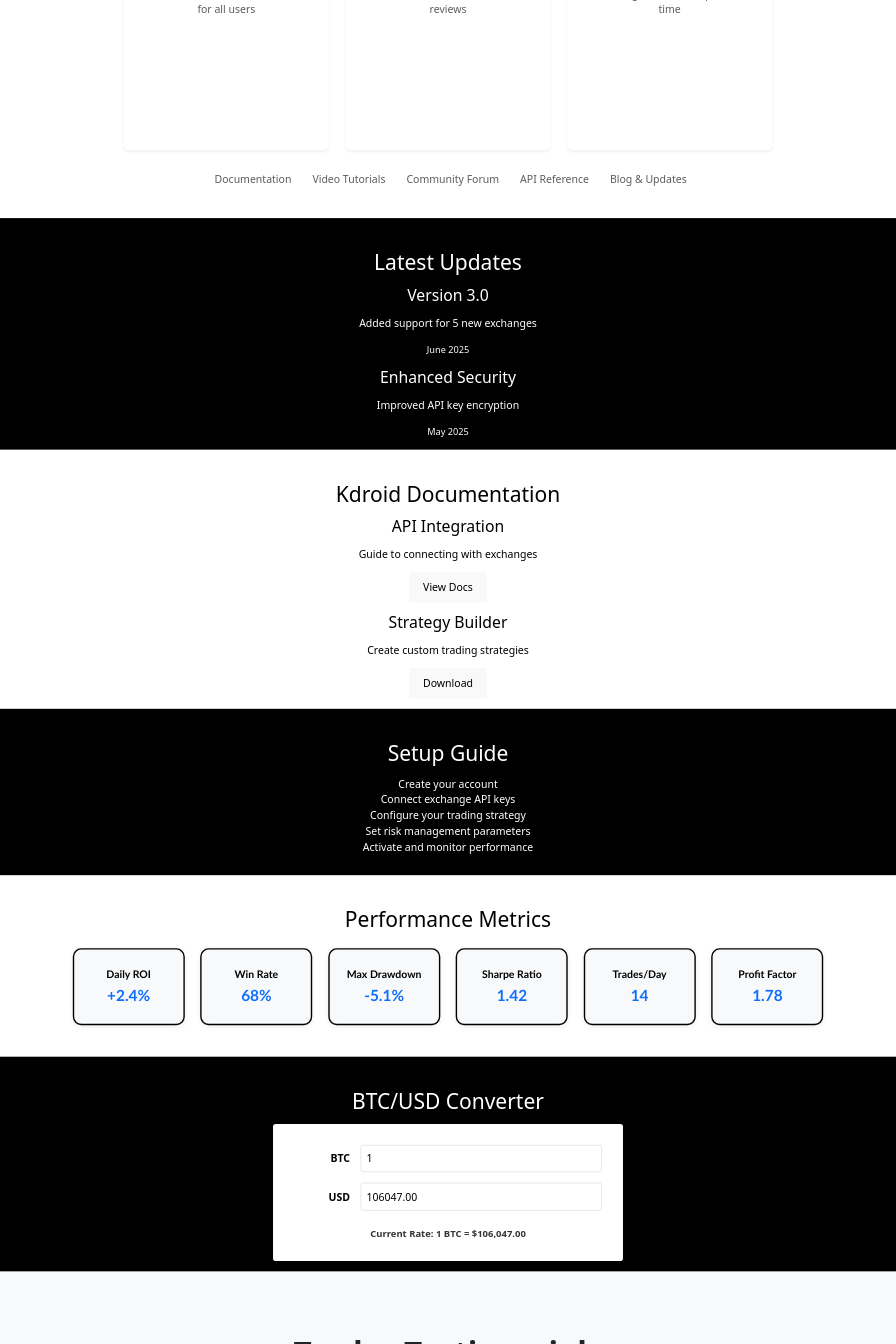
Repository: Kevin-Pro-Codes/halo-trading
Page: /
These files come from the project's save history. The page is drawn as it stood at one moment and after the next save; the edit follows.
The browser window is 1280 px wide. The pictures show the part of the page from y = 2372 to 4292 px (the page is 9950 px tall before and 10375 px after), at 70% of full size.
The page's requests for data from a server got no answer. The project was rebuilt for these pictures with package versions that can differ from the ones it lists, and the page was loaded fresh each time. Some packages were replaced by stand-ins written for this rebuild. No one was signed in, and anything a server would have sent is missing. Also part of the build but not shown: vite.config.js, src/styles/DocStyle.css, src/styles/PricingStyle.css.

Above is the page before, as saved 2025-12-09 15:17:46.

### src/index.css
:root {
  font-family: system-ui, Avenir, Helvetica, Arial, sans-serif;
  line-height: 1.5;
  font-weight: 400;

  color-scheme: light dark;
  color: rgba(255, 255, 255, 0.87);
  background-color: #242424;

  font-synthesis: none;
  text-rendering: optimizeLegibility;
  -webkit-font-smoothing: antialiased;
  -moz-osx-font-smoothing: grayscale;
}

a {
  font-weight: 500;
  color: #646cff;
  text-decoration: inherit;
}
a:hover {
  color: #535bf2;
}

body {
  margin: 0;
  padding: 0;
}

h1 {
  font-size: 3.2em;
  line-height: 1.1;
}

button {
  border-radius: 8px;
  border: 1px solid transparent;
  padding: 0.6em 1.2em;
  font-size: 1em;
  font-weight: 500;
  font-family: inherit;
  background-color: #1a1a1a;
  cursor: pointer;
  transition: border-color 0.25s;
}
button:hover {
  border-color: #646cff;
}
button:focus,
button:focus-visible {
  outline: 4px auto -webkit-focus-ring-color;
}

@media (prefers-color-scheme: light) {
  :root {
    color: #213547;
    background-color: #ffffff;
  }
  a:hover {
    color: #747bff;
  }
  button {
    background-color: #f9f9f9;
  }
}

### src/Navbar.jsx
import React from 'react';
import haloLogo from './assets/halo.png';



const Navbar = ({ showHamburger, menuOpen, setMenuOpen }) => {
  return (
    <nav className="navbar">
      <div className="nav-content">
        <div className="nav-brand">
          <img src={haloLogo} alt="Trading Bot Logo" className="logo-img" />
        </div>

        {showHamburger ? (
          <div className="hamburger-container">
            <button
              className={`hamburger-btn ${menuOpen ? 'active' : ''}`}
              onClick={() => setMenuOpen(!menuOpen)}
              aria-label="Menu"
            >
              <span></span>
              <span></span>
              <span></span>
            </button>
          </div>
        ) : (
          <div className="nav-links">
            <button className="nav-btn">Home</button>
            <button className="nav-btn">About</button>
            <button className="nav-btn">Products</button>
            <button className="nav-btn">Contact</button>
          </div>
        )}
      </div>

      {showHamburger && menuOpen && (
        <div className="mobile-menu">
          <button className="nav-btn">Home</button>
          <button className="nav-btn">About</button>
          <button className="nav-btn">Products</button>
          <button className="nav-btn">Contact</button>
        </div>
      )}
    </nav>
  );
};

export default Navbar;

### src/components/FaqSection.jsx
import React, { useState } from 'react';

const FaqSection = () => {
  const [activeAccordion, setActiveAccordion] = useState(null);

  const faqs = [
    {
      question: "How does the AI trading bot work?",
      answer: "Our bot uses machine learning algorithms to analyze market data in real-time. It connects to your exchange accounts via secure API keys and executes trades based on your configured strategies. The AI continuously learns from market patterns and adapts to changing conditions for optimal performance.",
      category: "general"
    },
    {
      question: "Which cryptocurrency exchanges are supported?",
      answer: "We support all major exchanges including Binance, Coinbase Pro, Kraken, KuCoin, FTX, Bybit, and Bitfinex. Our platform is compatible with any exchange that provides REST API access. We're constantly adding new exchange integrations based on user demand.",
      category: "technical"
    },
    {
      question: "Is there a free trial or demo version available?",
      answer: "Yes! We offer a 14-day free trial with full access to all features including paper trading (simulated trading with virtual funds). No credit card required to start. After the trial, you can choose from our flexible subscription plans starting at $29/month.",
      category: "pricing"
    },
    {
      question: "How secure is my exchange API access?",
      answer: "We implement bank-level security measures including end-to-end encryption, read-only API key permissions by default, and never store your API secrets on our servers. All keys are encrypted at rest and in transit. We recommend using API keys with withdrawal disabled for maximum security.",
      category: "security"
    },
    {
      question: "Can I run multiple trading strategies simultaneously?",
      answer: "Absolutely! You can run up to 20 different strategies concurrently on a single account. Each strategy can have its own configuration, risk parameters, and asset allocation. Our platform includes strategy backtesting and performance analytics to help you optimize your approach.",
      category: "technical"
    },
    {
      question: "What is the minimum capital required to start?",
      answer: "There's no minimum requirement to use our platform. You can start trading with any amount. However, we recommend starting with at least $100 to account for exchange fees and market fluctuations. Remember: never trade more than you can afford to lose.",
      category: "pricing"
    },
    {
      question: "Do you offer mobile app access?",
      answer: "Yes! We have native iOS and Android apps that provide full functionality including real-time monitoring, strategy adjustments, and performance analytics. You can also access our platform via any modern web browser on desktop or mobile.",
      category: "general"
    },
    {
      question: "How do you handle market volatility and flash crashes?",
      answer: "Our platform includes multiple safety features: stop-loss orders, trailing stops, take-profit targets, and circuit breakers. The AI is trained to recognize abnormal market conditions and can temporarily pause trading during extreme volatility to protect your capital.",
      category: "technical"
    }
  ];

  const categories = [
    { id: "all", name: "All Questions", icon: "bi-grid", variant: "primary" },
    { id: "general", name: "General", icon: "bi-question-circle", variant: "primary" },
    { id: "technical", name: "Technical", icon: "bi-gear", variant: "success" },
    { id: "pricing", name: "Pricing", icon: "bi-currency-dollar", variant: "warning" },
    { id: "security", name: "Security", icon: "bi-shield-check", variant: "info" }
  ];

  const [selectedCategory, setSelectedCategory] = useState("all");

  const filteredFaqs = selectedCategory === "all"
    ? faqs
    : faqs.filter(faq => faq.category === selectedCategory);

  return (
    <section className="py-5 bg-white">
      <div className="container">
        {/* Header */}
        <div className="row justify-content-center text-center mb-5">
          <div className="col-lg-8">
            <h2 className="display-5 fw-bold mb-3">
              Frequently Asked Questions
            </h2>
            <p className="lead text-muted mb-4">
              Get answers to common questions about our trading platform
            </p>
          </div>
        </div>

        {/* Category Filter */}
        <div className="row mb-4">
          <div className="col-12">
            <div className="d-flex flex-wrap justify-content-center gap-2 mb-4">
              {categories.map((category) => (
                <button
                  key={category.id}
                  onClick={() => setSelectedCategory(category.id)}
                  className={`btn btn-sm px-3 py-2 fw-bold ${selectedCategory === category.id ? `btn-${category.variant}` : `btn-outline-${category.variant}`}`}
                >
                  <i className={`bi ${category.icon} me-2`}></i>
                  {category.name}
                </button>
              ))}
            </div>
          </div>
        </div>

        {/* Search Bar */}
        <div className="row justify-content-center mb-5">
          <div className="col-md-8 col-lg-6">
            <div className="input-group shadow-sm">
              <span className="input-group-text bg-white border-end-0">
                <i className="bi bi-search text-muted"></i>
              </span>
              <input
                type="text"
                className="form-control border-start-0"
                placeholder="Search questions..."
              />
              <button className="btn btn-primary">
                Search
              </button>
            </div>
          </div>
        </div>

        {/* FAQ Accordion */}
        <div className="row justify-content-center">
          <div className="col-lg-10">
            <div className="accordion" id="faqAccordion">
              {filteredFaqs.map((faq, index) => (
                <div className="accordion-item border-0 shadow-sm mb-3" key={index}>
                  <h2 className="accordion-header">
                    <button
                      className={`accordion-button ${activeAccordion === index ? '' : 'collapsed'} fw-bold py-4`}
                      type="button"
                      onClick={() => setActiveAccordion(activeAccordion === index ? null : index)}
                      style={{
                        backgroundColor: activeAccordion === index ? 'rgba(13, 110, 253, 0.05)' : 'white'
                      }}
                    >
                      <div className="d-flex align-items-center w-100">
                        <i className="bi bi-question-circle-fill text-primary me-3"></i>
                        <span className="me-auto">{faq.question}</span>
                        <span className={`badge bg-${categories.find(c => c.id === faq.category)?.variant} bg-opacity-10 text-${categories.find(c => c.id === faq.category)?.variant} me-3`}>
                          {categories.find(c => c.id === faq.category)?.name}
                        </span>
                      </div>
                    </button>
                  </h2>
                  <div
                    className={`accordion-collapse collapse ${activeAccordion === index ? 'show' : ''}`}
                  >
                    <div className="accordion-body py-4">
                      <p className="text-muted mb-4">{faq.answer}</p>
                      <div className="d-flex justify-content-between align-items-center">
                        <div className="d-flex gap-2">
                          <span className="badge bg-light text-dark border">#AI</span>
                          <span className="badge bg-light text-dark border">#Trading</span>
                          <span className="badge bg-light text-dark border">#Platform</span>
                        </div>
                        <button className="btn btn-sm btn-outline-primary">
                          <i className="bi bi-hand-thumbs-up me-1"></i>
                          Helpful
                        </button>
                      </div>
                    </div>
                  </div>
                </div>
              ))}
            </div>
          </div>
        </div>

        {/* Stats */}
        <div className="row justify-content-center mt-5 mb-5">
          <div className="col-lg-10">
            <div className="row g-4">
              <div className="col-md-4 text-center">
                <div className="card border-0 shadow-sm h-100">
                  <div className="card-body p-4">
                    <div className="bg-primary bg-opacity-10 p-3 rounded-circle d-inline-block mb-3">
                      <i className="bi bi-headset text-primary fs-4"></i>
                    </div>
                    <h3 className="fw-bold mb-2">24/7 Support</h3>
                    <p className="text-muted mb-0">Round-the-clock assistance for all users</p>
                  </div>
                </div>
              </div>
              <div className="col-md-4 text-center">
                <div className="card border-0 shadow-sm h-100">
                  <div className="card-body p-4">
                    <div className="bg-success bg-opacity-10 p-3 rounded-circle d-inline-block mb-3">
                      <i className="bi bi-check-circle text-success fs-4"></i>
                    </div>
                    <h3 className="fw-bold mb-2">98% Satisfaction</h3>
                    <p className="text-muted mb-0">Based on user feedback and reviews</p>
                  </div>
                </div>
              </div>
              <div className="col-md-4 text-center">
                <div className="card border-0 shadow-sm h-100">
                  <div className="card-body p-4">
                    <div className="bg-warning bg-opacity-10 p-3 rounded-circle d-inline-block mb-3">
                      <i className="bi bi-lightning text-warning fs-4"></i>
                    </div>
                    <h3 className="fw-bold mb-2">2 Min Response</h3>
                    <p className="text-muted mb-0">Average live chat response time</p>
                  </div>
                </div>
              </div>
            </div>
          </div>
        </div>


        {/* Quick Links */}
        <div className="row justify-content-center mt-5">
          <div className="col-lg-10">
            <div className="d-flex flex-wrap justify-content-center gap-3 gap-md-4">
              <a href="#" className="text-decoration-none text-muted d-flex align-items-center">
                <i className="bi bi-file-text me-2"></i>
                <span>Documentation</span>
              </a>
              <a href="#" className="text-decoration-none text-muted d-flex align-items-center">
                <i className="bi bi-youtube me-2"></i>
                <span>Video Tutorials</span>
              </a>
              <a href="#" className="text-decoration-none text-muted d-flex align-items-center">
                <i className="bi bi-people me-2"></i>
                <span>Community Forum</span>
              </a>
              <a href="#" className="text-decoration-none text-muted d-flex align-items-center">
                <i className="bi bi-github me-2"></i>
                <span>API Reference</span>
              </a>
              <a href="#" className="text-decoration-none text-muted d-flex align-items-center">
                <i className="bi bi-file-earmark-text me-2"></i>
                <span>Blog & Updates</span>
              </a>
            </div>
          </div>
        </div>
      </div>
    </section>
  );
};

export default FaqSection;

### src/components/LatestSection.jsx
import React from 'react';
// import './LatestUpdates.css'; // Optional: import your styles

const LatestSection = () => {
  return (
    <section className="section-black">
      <div className="section-content">
        <h2>Latest Updates</h2>
        <div className="updates-grid">
          <div className="update-card">
            <h3>Version 3.0</h3>
            <p>Added support for 5 new exchanges</p>
            <small>June 2025</small>
          </div>
          <div className="update-card">
            <h3>Enhanced Security</h3>
            <p>Improved API key encryption</p>
            <small>May 2025</small>
          </div>
        </div>
      </div>
    </section>
  );
};

export default LatestSection;

### src/components/DocSection.jsx

import React from 'react';
// import './LatestUpdates.css'; // Optional: import your styles

const DocSection = () => {
  return (
      <section className="section-white">
          <div className="section-content">
            <h2>Kdroid Documentation</h2>
            <div className="doc-grid">
              <div className="doc-card">
                <h3>API Integration</h3>
                <p>Guide to connecting with exchanges</p>
                <button className="doc-btn">View Docs</button>
              </div>
              <div className="doc-card">
                <h3>Strategy Builder</h3>
                <p>Create custom trading strategies</p>
                <button className="doc-btn">Download</button>
              </div>
            </div>
          </div>
        </section>

  );
};

export default DocSection;

### src/components/SetupSection.jsx
import React from "react";

const SetupSection = () => {
  return (
    <section className="section-black">
      <div className="section-content">
        <h2>Setup Guide</h2>
        <ul className="setup-steps">
          <li>Create your account</li>
          <li>Connect exchange API keys</li>
          <li>Configure your trading strategy</li>
          <li>Set risk management parameters</li>
          <li>Activate and monitor performance</li>
        </ul>
      </div>
    </section>
  );
};

export default SetupSection;

### src/components/PerformanceSection.jsx
import React from "react";

const PerformanceSection = () => {
  const metrics = [
    { title: "Daily ROI", value: "+2.4%" },
    { title: "Win Rate", value: "68%" },
    { title: "Max Drawdown", value: "-5.1%" },
    { title: "Sharpe Ratio", value: "1.42" },
    { title: "Trades/Day", value: "14" },
    { title: "Profit Factor", value: "1.78" },
  ];

  return (
    <section className="section-white py-5">
      <div className="section-content text-center">
        <h2 className="mb-4">Performance Metrics</h2>

        {/* Center all boxes */}
        <div className="d-flex justify-content-center flex-wrap gap-4">
          {metrics.map((m) => (
            <div
              key={m.title}
              className="gallery-item d-flex flex-column justify-content-center"
              style={{
                width: "160px",
                height: "110px",
                background: "#f8f9fa",
                borderRadius: "12px",
                padding: "12px",
                boxShadow: "0 2px 8px rgba(0,0,0,0.08)",
              }}
            >
              <div className="fw-bold mb-1" style={{ fontSize: "15px" }}>
                {m.title}
              </div>
              <div className="text-primary" style={{ fontSize: "22px", fontWeight: 600 }}>
                {m.value}
              </div>
            </div>
          ))}
        </div>
      </div>
    </section>
  );
};

export default PerformanceSection;

### src/Footer.jsx
import React from "react";

const Footer = () => {
  return (
    <footer className="section-black">
      <div className="section-content">
        <div className="footer-grid">
          <div className="footer-col">
            <h3>Contact</h3>
            <p>Email: support@halo.com</p>
            <p>Phone: +55 11 9987-6543</p>
            <p>Address: 456 Finance Street, Crypto City</p>
          </div>
          <div className="footer-col">
            <h3>Legal</h3>
            <p><a href="#">Risk Disclosure</a></p>
            <p><a href="#">Terms of Service</a></p>
            <p><a href="#">Privacy Policy</a></p>
          </div>
          <div className="footer-col">
            <h3>Support</h3>
            <p><a href="#">Help Center</a></p>
            <p><a href="#">API Documentation</a></p>
            <p><a href="#">Community Forum</a></p>
            <p className="mt-3"><a href="#">MetaTrader 5</a></p>
          </div>
        </div>
        <div className="footer-bottom">
          <p>
            © 2025 Halo Algo Trading. All rights reserved. Disclaimer: Trading
            involves risk. Past performance is not indicative of future results.
          </p>
          <p className="disclaimer"></p>
        </div>
      </div>
    </footer>
  );
};

export default Footer;

### src/styles/ConverterStyle.css
/* Add to your existing CSS */
.converter-container {
  max-width: 500px;
  margin: 0 auto;
}

.converter-card {
  background-color: white;
  padding: 2rem;
  border-radius: var(--border-radius);
}

.converter-row {
  display: flex;
  align-items: center;
  margin-bottom: 1rem;
}

.converter-row label {
  width: 80px;
  text-align: right;
  margin-right: 1rem;
}

.converter-row input {
  flex: 1;
  padding: 0.5rem;
  border-radius: var(--border-radius);
  border: 1px solid #ddd;
  background-color: var(--bg-light);
  color: var(--text-dark);
}

.converter-card label,
.converter-card .rate-display {
  color: black; /* Replace with your desired color */
  font-weight: bold;
}

.rate-display {
  text-align: center;
  margin-top: 1.5rem;
  font-size: 0.9rem;
  opacity: 0.8;
}

/* Responsive adjustments */
@media (max-width: 600px) {
  .converter-row {
    flex-direction: column;
    align-items: flex-start;
  }

  .converter-row label {
    width: 100%;
    text-align: left;
    margin-bottom: 0.5rem;
  }
}

### src/styles/FooterStyle.css

/* Footer */
.footer-grid {
  display: grid;
  grid-template-columns: repeat(auto-fit, minmax(200px, 1fr));

}

.footer-col a {
  color: var(--text-light);
  text-decoration: none;

}

.footer-col a:hover {
  text-decoration: underline;

}

.footer-bottom {
  text-align: center;
  padding-top: 1rem;
  border-top: 1px solid rgba(255, 255, 255, 0.1);

}

.disclaimer {

  padding-bottom: 10px;
   margin-bottom: 0px !important;
}

Loaded but not shown: index.html (common file); src/main.jsx (common file); src/components/GallerySection.jsx (302 lines, source omitted); src/components/PricingSection.jsx (314 lines, source omitted); src/components/TestimonialSection.jsx (224 lines, source omitted); src/components/IntroSection.jsx (222 lines, source omitted); src/App.jsx (157 lines, source omitted); src/styles/NavbarStyle.css (126 lines, source omitted); src/components/ConverterSection.jsx (73 lines, source omitted); src/App.css (163 lines, source omitted); src/styles/GalleryStyle.css (62 lines, source omitted); src/styles/FaqStyle.css (no stored copy; drawn as an empty file); src/styles/IntroStyle.css (no stored copy; drawn as an empty file); src/styles/LatestStyle.css (no stored copy; drawn as an empty file); src/styles/PerformanceStyle.css (no stored copy; drawn as an empty file); src/styles/SetupStyle.css (no stored copy; drawn as an empty file); src/styles/TestimonialStyle.css (no stored copy; drawn as an empty file)

After the next save:
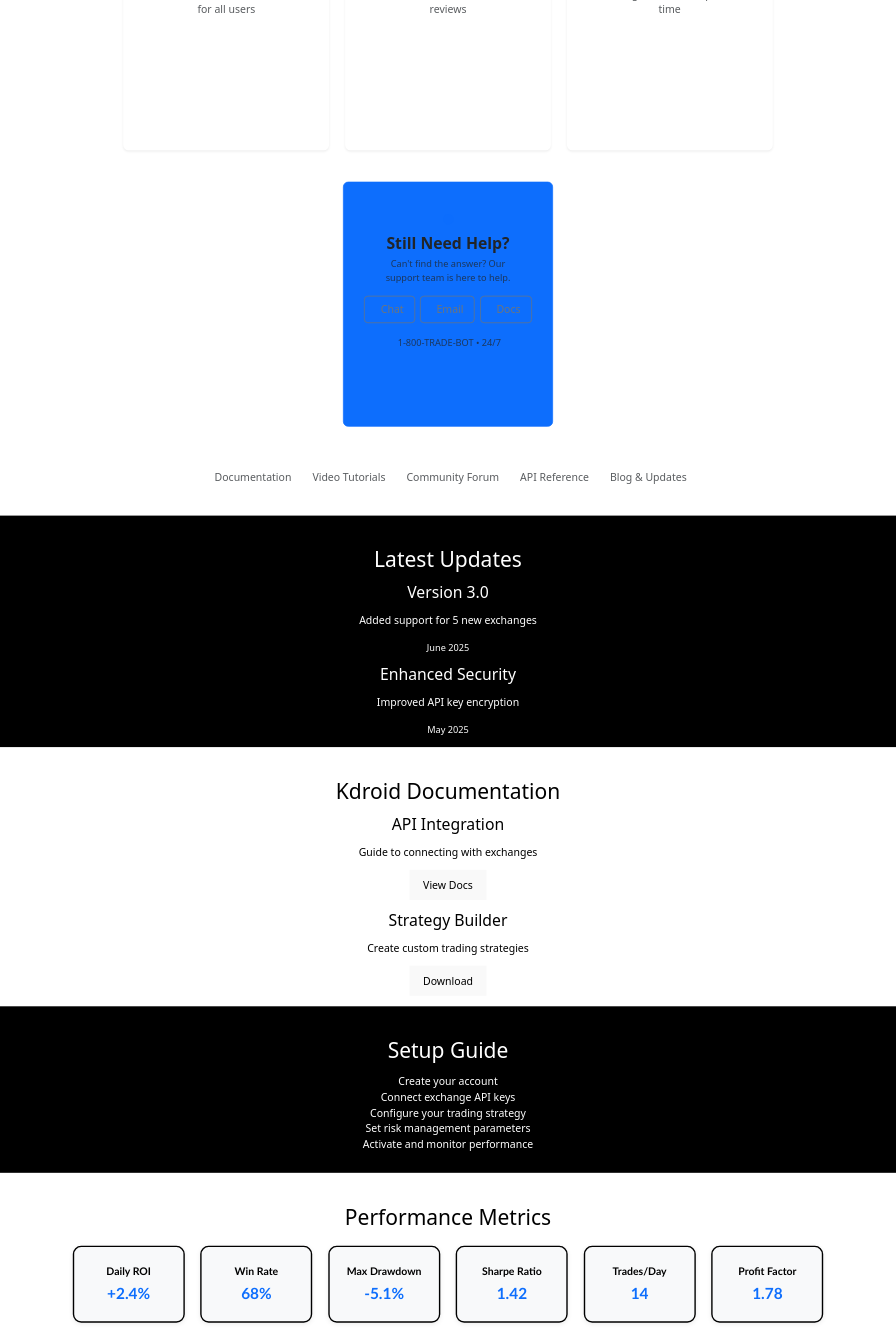
Saved 52 s later.
--- a/src/components/FaqSection.jsx
+++ b/src/components/FaqSection.jsx
@@ -201,6 +201,52 @@
           </div>
         </div>
 
+{/* CTA Section - Wider & Shorter */}
+<div className="row justify-content-center mt-4">
+  <div className="col-lg-11 col-xl-10">  {/* WIDER */}
+    <div className="card border-primary bg-primary bg-opacity-5">
+
+      {/* Reduced vertical padding */}
+      <div className="card-body p-3 p-md-4">
+
+        {/* Smaller header spacing */}
+        <div className="text-center mb-3">
+          <div className="bg-primary bg-opacity-10 p-2 rounded-circle d-inline-block mb-2">
+            <i className="bi bi-question-circle-fill text-primary fs-4"></i>
+          </div>
+          <h4 className="fw-bold mb-2">Still Need Help?</h4>
+          <p className="text-muted mb-3 small">
+            Can't find the answer? Our support team is here to help.
+          </p>
+        </div>
+
+        {/* Smaller buttons & tighter spacing */}
+        <div className="d-flex flex-column flex-md-row justify-content-center align-items-center gap-2 mb-3">
+          <button className="btn btn-outline-secondary px-3 py-2">
+            <i className="bi bi-chat-dots me-2"></i> Chat
+          </button>
+
+          <button className="btn btn-outline-secondary px-3 py-2">
+            <i className="bi bi-envelope me-2"></i> Email
+          </button>
+
+          <button className="btn btn-outline-secondary px-3 py-2">
+            <i className="bi bi-book me-2"></i> Docs
+          </button>
+        </div>
+
+        {/* Smaller footer */}
+        <div className="text-center mt-2">
+          <small className="text-muted">
+            <i className="bi bi-telephone me-1"></i>
+            1-800-TRADE-BOT • 24/7
+          </small>
+        </div>
+
+      </div>
+    </div>
+  </div>
+</div>
 
         {/* Quick Links */}
         <div className="row justify-content-center mt-5">
